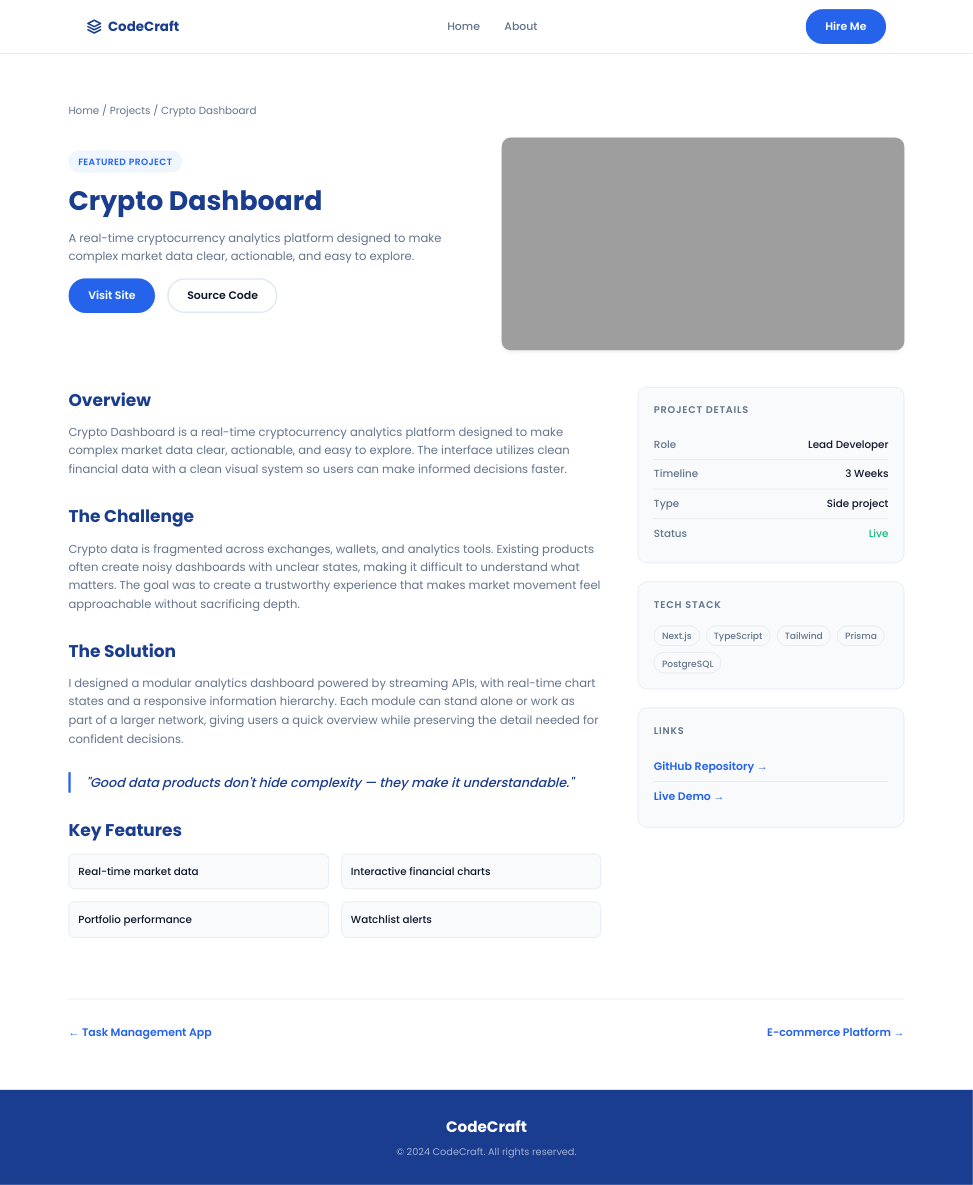
Repository: najmahares/portfolio
Page: project.html
An editor plug-in stored every save of this project. The page is shown before and after the next save, followed by the edit.
The browser window is 1280 px wide. The pictures show the whole page, at 76% of full size.
Pictures or frames that could not be fetched are drawn as grey boxes.

Above is the page before, as saved 2026-09-19 05:19:17.

After the next save:
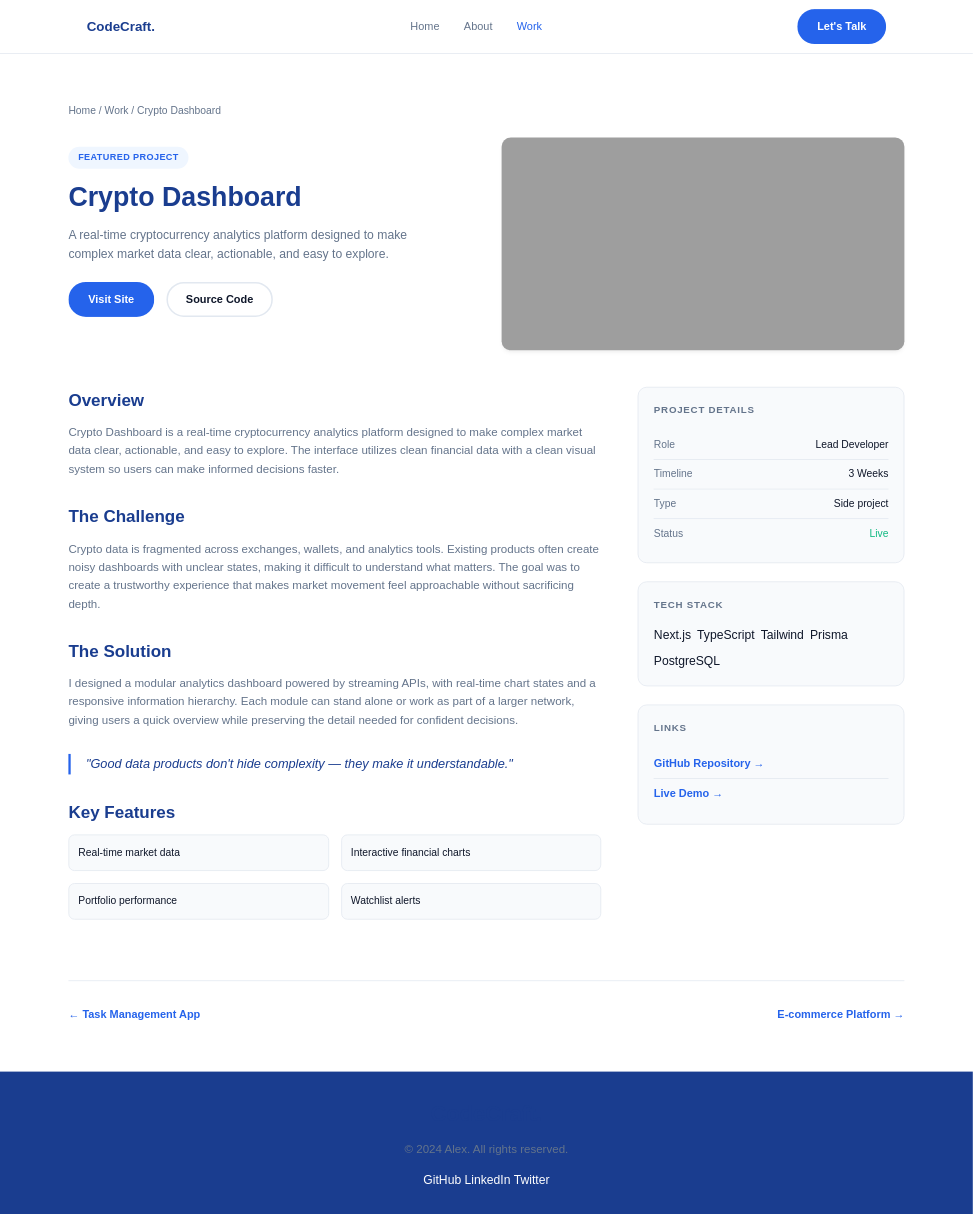
Saved 13 s later.
--- a/project.html
+++ b/project.html
@@ -7,64 +7,60 @@
     <link rel="preconnect" href="https://fonts.googleapis.com" />
     <link rel="preconnect" href="https://fonts.gstatic.com" crossorigin />
     <link
-      href="https://fonts.googleapis.com/css2?family=Poppins:wght@400;500;600;700&display=swap"
+      href="https://fonts.googleapis.com/css2?family=Outfit:wght@300;400;600;800;900&display=swap"
       rel="stylesheet"
     />
     <link rel="stylesheet" href="css/style.css" />
   </head>
   <body>
+    <!-- Custom Cursor -->
+    <div class="cursor-dot"></div>
+    <div class="cursor-outline"></div>
+
+    <!-- Ambient Background Glows -->
+    <div class="glow-bg glow-1"></div>
+    <div class="glow-bg glow-2"></div>
+
     <!-- Navbar -->
     <nav class="navbar">
       <div class="container nav-container">
-        <a href="index.html" class="logo">
-          <svg
-            width="20"
-            height="20"
-            viewBox="0 0 24 24"
-            fill="none"
-            stroke="currentColor"
-            stroke-width="2.5"
-            stroke-linecap="round"
-            stroke-linejoin="round"
-          >
-            <path d="M12 2L2 7l10 5 10-5-10-5zM2 17l10 5 10-5M2 12l10 5 10-5" />
-          </svg>
-          CodeCraft
-        </a>
+        <a href="index.html" class="logo">CodeCraft.</a>
         <div class="nav-links">
           <a href="index.html">Home</a>
           <a href="index.html#about">About</a>
+          <a href="index.html#projects" class="active">Work</a>
         </div>
         <div class="nav-actions">
-          <a href="mailto:hello@example.com" class="btn btn-primary">Hire Me</a>
+          <a href="mailto:hello@example.com" class="btn btn-primary"
+            >Let's Talk</a
+          >
         </div>
       </div>
     </nav>
 
     <main class="container section">
       <!-- Breadcrumbs -->
-      <div class="breadcrumbs">
-        <a href="index.html">Home</a> /
-        <a href="index.html#projects">Projects</a> /
+      <div class="breadcrumbs reveal">
+        <a href="index.html">Home</a> / <a href="index.html#projects">Work</a> /
         <span>Crypto Dashboard</span>
       </div>
 
       <!-- Project Header -->
       <div class="project-header">
-        <div class="project-header-content">
+        <div class="project-header-content reveal">
           <span class="badge">Featured Project</span>
           <h1>Crypto Dashboard</h1>
-          <p>
+          <p class="hero-desc">
             A real-time cryptocurrency analytics platform designed to make
             complex market data clear, actionable, and easy to explore.
           </p>
           <div class="hero-buttons">
-            <a href="#" class="btn btn-primary">Visit Site</a>
-            <a href="#" class="btn btn-outline">Source Code</a>
+            <a href="#" class="btn btn-primary magnetic">Visit Site</a>
+            <a href="#" class="btn btn-outline magnetic">Source Code</a>
           </div>
         </div>
         <div
-          class="project-header-img"
+          class="project-header-img reveal tilt-card"
           style="
             background-image: url(&quot;https://images.unsplash.com/photo-1621504450181-5d356f61d307?auto=format&fit=crop&q=80&w=800&quot;);
           "
@@ -75,7 +71,7 @@
       <div class="project-layout">
         <!-- Left Column: Main Content -->
         <div class="project-main">
-          <section class="project-section">
+          <section class="project-section reveal">
             <h2>Overview</h2>
             <p>
               Crypto Dashboard is a real-time cryptocurrency analytics platform
@@ -85,7 +81,7 @@
             </p>
           </section>
 
-          <section class="project-section">
+          <section class="project-section reveal">
             <h2>The Challenge</h2>
             <p>
               Crypto data is fragmented across exchanges, wallets, and analytics
@@ -96,7 +92,7 @@
             </p>
           </section>
 
-          <section class="project-section">
+          <section class="project-section reveal">
             <h2>The Solution</h2>
             <p>
               I designed a modular analytics dashboard powered by streaming
@@ -107,12 +103,12 @@
             </p>
           </section>
 
-          <blockquote class="quote">
+          <blockquote class="quote reveal">
             "Good data products don't hide complexity — they make it
             understandable."
           </blockquote>
 
-          <section class="project-section">
+          <section class="project-section reveal">
             <h2>Key Features</h2>
             <div class="features-grid">
               <div class="feature-item">Real-time market data</div>
@@ -124,7 +120,7 @@
         </div>
 
         <!-- Right Column: Sidebar -->
-        <aside class="project-sidebar">
+        <aside class="project-sidebar reveal">
           <div class="sidebar-widget">
             <h3>Project Details</h3>
             <ul class="details-list">
@@ -140,11 +136,11 @@
           <div class="sidebar-widget">
             <h3>Tech Stack</h3>
             <div class="tech-stack">
-              <span class="badge-sm">Next.js</span>
-              <span class="badge-sm">TypeScript</span>
-              <span class="badge-sm">Tailwind</span>
-              <span class="badge-sm">Prisma</span>
-              <span class="badge-sm">PostgreSQL</span>
+              <span class="tag">Next.js</span>
+              <span class="tag">TypeScript</span>
+              <span class="tag">Tailwind</span>
+              <span class="tag">Prisma</span>
+              <span class="tag">PostgreSQL</span>
             </div>
           </div>
 
@@ -159,7 +155,7 @@
       </div>
 
       <!-- Next Project Navigation -->
-      <div class="project-nav">
+      <div class="project-nav reveal">
         <a href="project.html" class="link-arrow">← Task Management App</a>
         <a href="project.html" class="link-arrow">E-commerce Platform →</a>
       </div>
@@ -167,10 +163,17 @@
 
     <!-- Footer -->
     <footer class="footer">
-      <div class="container footer-bottom">
-        <div class="footer-logo">CodeCraft</div>
-        <p class="copyright">&copy; 2024 CodeCraft. All rights reserved.</p>
+      <div class="container footer-content">
+        <h2>CodeCraft.</h2>
+        <p>&copy; 2024 Alex. All rights reserved.</p>
+        <div class="footer-links">
+          <a href="#">GitHub</a>
+          <a href="#">LinkedIn</a>
+          <a href="#">Twitter</a>
+        </div>
       </div>
     </footer>
+
+    <script src="js/main.js"></script>
   </body>
 </html>
